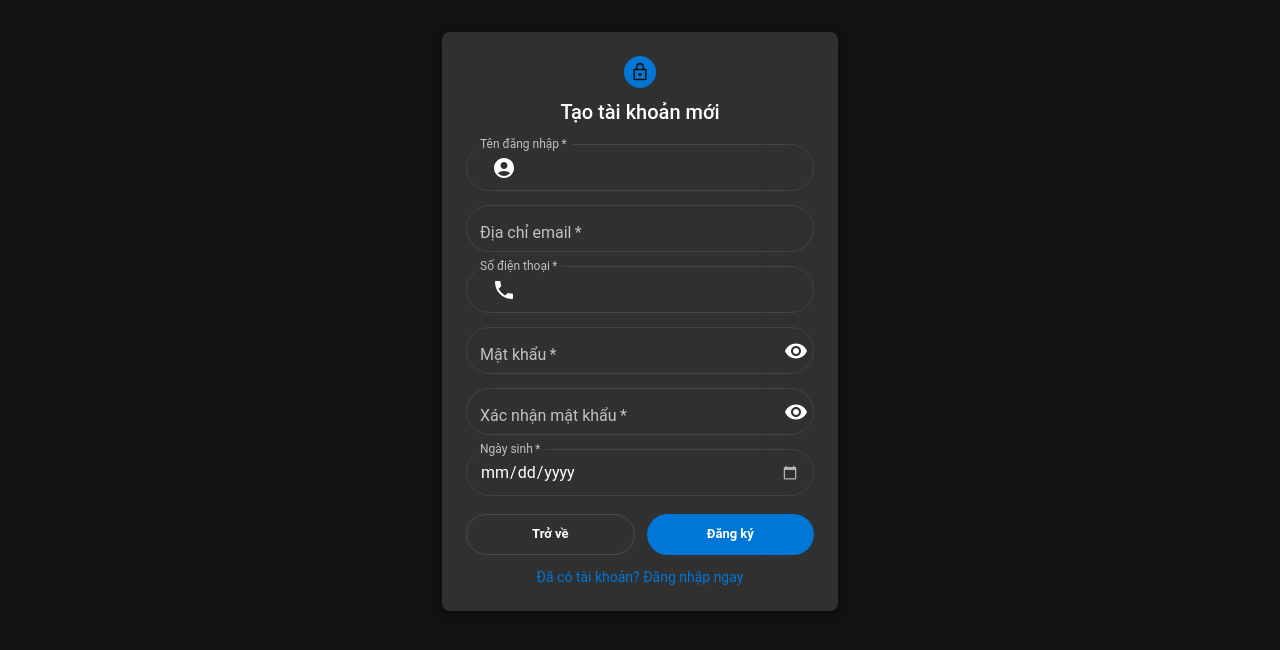
Repository: thtrunghau/ecommerce-ui-dacntt
Page: /auth/register
An editor plug-in stored every save of this project. The page is shown before and after the next save, followed by the edit.
The browser window is 1280 px wide. The pictures show the whole page.
The project was rebuilt for these pictures with package versions that can differ from the ones it lists, and the page was loaded fresh each time. Also part of the build but not shown: vite.config.ts, src/mockData/mockData.ts, src/utils/helpers.ts, src/components/shared/NavDropdown.tsx, src/components/shared/UserMenu.tsx, src/components/shared/Header.tsx, src/components/common/RoundedButton.tsx, src/components/features/home/HeroSection.tsx and 7 more.

Above is the page before, as saved 2025-06-13 00:24:59.

### src/index.css
@tailwind base;
@tailwind components;
@tailwind utilities;

/* Custom line clamp utilities */
.line-clamp-2 {
  display: -webkit-box;
  -webkit-line-clamp: 2;
  -webkit-box-orient: vertical;
  overflow: hidden;
}

/* Animation utilities */
@keyframes fade-in-up {
  from {
    opacity: 0;
    transform: translateY(20px);
  }
  to {
    opacity: 1;
    transform: translateY(0);
  }
}

.animate-fade-in-up {
  animation: fade-in-up 0.6s ease-out;
}

### src/App.tsx
import { BrowserRouter as Router, Routes, Route } from "react-router-dom";
import Header from "./components/shared/Header";
import Home from "./pages/Home";
import Footer from "./components/shared/Footer";
import { AuthProvider } from "./contexts/AuthContext";
import Register from "./pages/auth/Register";
import Login from "./pages/auth/Login";
import RegisterStandalone from "./pages/auth/RegisterStandalone";
import LoginStandalone from "./pages/auth/LoginStandalone";

export default function App() {
  return (
    <AuthProvider>
      <Router>
        {" "}
        <Routes>
          {" "}
          {/* Auth routes */}
          <Route path="/auth">
            <Route path="register" element={<RegisterStandalone />} />
            <Route path="login" element={<LoginStandalone />} />
          </Route>
          {/* Main layout routes with header/footer */}
          <Route
            path="/*"
            element={
              <div className="flex min-h-screen flex-col">
                <Header />
                <main className="flex-grow pt-24 lg:pt-28">
                  <Routes>
                    <Route path="/" element={<Home />} />
                    <Route path="/register" element={<Register />} />
                    <Route path="/login" element={<Login />} />
                    {/* Add other routes here as needed */}
                  </Routes>
                </main>
                <Footer />
              </div>
            }
          />
        </Routes>
      </Router>
    </AuthProvider>
  );
}

### src/contexts/AuthContext.tsx
import {
  createContext,
  useContext,
  useState,
  type ReactNode,
  useMemo,
} from "react";

interface User {
  id: string;
  username: string;
  email: string;
  phone?: string; // Thêm trường số điện thoại
  name?: string;
  avatar?: string;
}

interface AuthContextType {
  isAuthenticated: boolean;
  user: User | null;
  login: (user: User) => void;
  logout: () => void;
  register: (user: User) => void;
}

const AuthContext = createContext<AuthContextType | undefined>(undefined);

export const AuthProvider = ({ children }: { children: ReactNode }) => {
  const [user, setUser] = useState<User | null>(null);

  // Kiểm tra trạng thái xác thực từ localStorage khi khởi động
  const isAuthenticated = Boolean(user);

  const login = (userData: User) => {
    setUser(userData);
    localStorage.setItem("user", JSON.stringify(userData));
  };

  const logout = () => {
    setUser(null);
    localStorage.removeItem("user");
  };

  const register = (userData: User) => {
    // Trong thực tế, đây là nơi bạn sẽ gọi API đăng ký
    setUser(userData);
    localStorage.setItem("user", JSON.stringify(userData));
  };

  const value = useMemo(
    () => ({
      isAuthenticated,
      user,
      login,
      logout,
      register,
    }),
    [isAuthenticated, user],
  );

  return <AuthContext.Provider value={value}>{children}</AuthContext.Provider>;
};

export const useAuth = () => {
  const context = useContext(AuthContext);
  if (context === undefined) {
    throw new Error("useAuth must be used within an AuthProvider");
  }
  return context;
};

### src/pages/auth/RegisterStandalone.tsx
import React, { useState } from "react";
import { Link, useNavigate } from "react-router-dom";
import {
  Container,
  Box,
  Typography,
  TextField,
  Button,
  Paper,
  Avatar,
  IconButton,
  InputAdornment,
  ThemeProvider,
  createTheme,
  CssBaseline,
  Alert,
} from "@mui/material";
import {
  Visibility,
  VisibilityOff,
  AccountCircle,
  LockOutlined,
  Phone as PhoneIcon,
} from "@mui/icons-material";
import useAuthStore from "../../store/authStore";

const darkTheme = createTheme({
  palette: {
    mode: "dark",
    primary: { main: "#0076d7" },
    secondary: { main: "#30336b" },
    background: { default: "#121212", paper: "#1e1e1e" },
  },
  typography: {
    fontFamily: '"Samsung One", "Roboto", "Helvetica", "Arial", sans-serif',
  },
  components: {
    MuiTextField: {
      styleOverrides: {
        root: {
          marginBottom: 2,
          "& .MuiOutlinedInput-root": {
            "& fieldset": {
              borderColor: "#444",
              borderRadius: "9999px",
            },
            "&:hover fieldset": { borderColor: "#666" },
            "&.Mui-focused fieldset": { borderColor: "#0076d7" },
          },
          "& .MuiInputBase-input": {
            padding: "12px 14px",
          },
          "& .MuiInputAdornment-root": {
            marginLeft: "12px",
            marginRight: "-4px",
          },
        },
      },
    },
    MuiButton: {
      styleOverrides: {        root: {
          textTransform: "none",
          fontWeight: 600,
          boxShadow: "none",
          padding: "12px 24px",
          borderRadius: "9999px",
          "&:hover": { boxShadow: "none" },
        },
        contained: {
          backgroundColor: "#0076d7",
          "&:hover": { backgroundColor: "#0067be" },
        },
        outlined: {
          borderColor: "rgba(255, 255, 255, 0.12)",
          color: "#fff",
          "&:hover": {
            borderColor: "rgba(255, 255, 255, 0.24)",
            backgroundColor: "rgba(255, 255, 255, 0.04)",
          },
        },
      },
    },
  },
});

interface FormData {
  username: string;
  email: string;
  phone: string;
  dateOfBirth: string;
  password: string;
  confirmPassword: string;
}

const initialFormData: FormData = {
  username: "",
  email: "",
  phone: "",
  dateOfBirth: "",
  password: "",
  confirmPassword: "",
};

const RegisterStandalone: React.FC = () => {
  const navigate = useNavigate();
  const { register } = useAuthStore();
  const [formData, setFormData] = useState<FormData>(initialFormData);
  const [showPassword, setShowPassword] = useState<boolean>(false);
  const [showConfirmPassword, setShowConfirmPassword] =
    useState<boolean>(false);
  const [errors, setErrors] = useState<Partial<FormData>>({});
  const [formError, setFormError] = useState<string | null>(null);

  const handleChange = (e: React.ChangeEvent<HTMLInputElement>) => {
    const { name, value } = e.target;
    setFormData((prev) => ({ ...prev, [name]: value }));
    if (errors[name as keyof FormData]) {
      setErrors((prev) => ({ ...prev, [name]: undefined }));
    }
    if (formError) setFormError(null);
  };

  const validateForm = (): boolean => {
    const newErrors: Partial<FormData> = {};
    let isValid = true;
    if (!formData.username.trim()) {
      newErrors.username = "Tên đăng nhập là bắt buộc";
      isValid = false;
    } else if (formData.username.length < 3) {
      newErrors.username = "Tên đăng nhập phải có ít nhất 3 ký tự";
      isValid = false;
    }
    if (!formData.dateOfBirth) {
      newErrors.dateOfBirth = "Ngày sinh là bắt buộc";
      isValid = false;
    } else {
      const birthDate = new Date(formData.dateOfBirth);
      const today = new Date();
      if (birthDate >= today) {
        newErrors.dateOfBirth = "Ngày sinh không hợp lệ";
        isValid = false;
      }
    }
    if (!formData.email.trim()) {
      newErrors.email = "Email là bắt buộc";
      isValid = false;
    } else {
      const emailRegex = /^[^\s@]+@[^\s@]+\.[^\s@]+$/;
      if (!emailRegex.test(formData.email)) {
        newErrors.email = "Email không hợp lệ";
        isValid = false;
      }
    }
    if (!formData.phone.trim()) {
      newErrors.phone = "Số điện thoại là bắt buộc";
      isValid = false;
    } else {
      const phoneRegex = /^0\d{9}$/;
      if (!phoneRegex.test(formData.phone)) {
        newErrors.phone =
          "Số điện thoại không hợp lệ (phải có 10 số và bắt đầu bằng 0)";
        isValid = false;
      }
    }
    if (!formData.password) {
      newErrors.password = "Mật khẩu là bắt buộc";
      isValid = false;
    } else if (formData.password.length < 6) {
      newErrors.password = "Mật khẩu phải có ít nhất 6 ký tự";
      isValid = false;
    }
    if (formData.password !== formData.confirmPassword) {
      newErrors.confirmPassword = "Mật khẩu xác nhận không khớp";
      isValid = false;
    }
    setErrors(newErrors);
    return isValid;
  };

  const handleSubmit = (e: React.FormEvent<HTMLFormElement>) => {
    e.preventDefault();
    if (validateForm()) {
      try {
        const newUser = {
          id: crypto.randomUUID(),
          username: formData.username,
          email: formData.email,
          phone: formData.phone,
        };
        register(newUser);
        navigate("/");
      } catch (error) {
        setFormError("Đã xảy ra lỗi khi đăng ký. Vui lòng thử lại.");
        console.error("Registration error:", error);
      }
    }
  };

  return (
    <ThemeProvider theme={darkTheme}>
      <CssBaseline />
      <Container component="main" maxWidth="xs" sx={{ mb: 4, mt: 4 }}>
        <Paper
          elevation={3}
          sx={{
            p: 3,
            display: "flex",
            flexDirection: "column",
            alignItems: "center",
            bgcolor: "background.paper",
            borderRadius: 2,
          }}
        >
          <Avatar sx={{ mb: 1, bgcolor: "primary.main", width: 32, height: 32 }}>
            <LockOutlined sx={{ fontSize: 20 }} />
          </Avatar>
          <Typography component="h1" variant="h6" sx={{ mb: 2 }}>
            Tạo tài khoản mới
          </Typography>
          {formError && (
            <Alert severity="error" sx={{ width: "100%", mb: 2 }}>
              {formError}
            </Alert>
          )}
          <Box component="form" onSubmit={handleSubmit} sx={{ width: "100%" }}>
            <div className="flex flex-col gap-3">
              <TextField
                name="username"
                required
                fullWidth
                id="username"
                label="Tên đăng nhập"
                value={formData.username}
                onChange={handleChange}
                error={Boolean(errors.username)}
                helperText={errors.username}
                InputProps={{
                  startAdornment: (
                    <InputAdornment position="start">
                      <AccountCircle sx={{ color: "action.active" }} />
                    </InputAdornment>
                  ),
                }}
              />
              <TextField
                required
                fullWidth
                id="email"
                label="Địa chỉ email"
                name="email"
                autoComplete="email"
                value={formData.email}
                onChange={handleChange}
                error={Boolean(errors.email)}
                helperText={errors.email}
              />
              <TextField
                required
                fullWidth
                id="phone"
                label="Số điện thoại"
                name="phone"
                autoComplete="tel"
                value={formData.phone}
                onChange={handleChange}
                error={Boolean(errors.phone)}
                helperText={errors.phone}
                InputProps={{
                  startAdornment: (
                    <InputAdornment position="start">
                      <PhoneIcon sx={{ color: "action.active" }} />
                    </InputAdornment>
                  ),
                }}
              />
              <TextField
                required
                fullWidth
                name="password"
                label="Mật khẩu"
                type={showPassword ? "text" : "password"}
                id="password"
                autoComplete="new-password"
                value={formData.password}
                onChange={handleChange}
                error={Boolean(errors.password)}
                helperText={errors.password}
                InputProps={{
                  endAdornment: (
                    <InputAdornment position="end">
                      <IconButton
                        aria-label="toggle password visibility"
                        onClick={() => setShowPassword(!showPassword)}
                        edge="end"
                      >
                        {showPassword ? <VisibilityOff /> : <Visibility />}
                      </IconButton>
                    </InputAdornment>
                  ),
                }}
              />
              <TextField
                required
                fullWidth
                name="confirmPassword"
                label="Xác nhận mật khẩu"
                type={showConfirmPassword ? "text" : "password"}
                id="confirmPassword"
                value={formData.confirmPassword}
                onChange={handleChange}
                error={Boolean(errors.confirmPassword)}
                helperText={errors.confirmPassword}
                InputProps={{
                  endAdornment: (
                    <InputAdornment position="end">
                      <IconButton
                        aria-label="toggle confirm password visibility"
                        onClick={() =>
                          setShowConfirmPassword(!showConfirmPassword)
                        }
                        edge="end"
                      >
                        {showConfirmPassword ? (
                          <VisibilityOff />
                        ) : (
                          <Visibility />
                        )}
                      </IconButton>
                    </InputAdornment>
                  ),
                }}
              />
              <TextField
                required
                fullWidth
                id="dateOfBirth"
                label="Ngày sinh"
                name="dateOfBirth"
                type="date"
                value={formData.dateOfBirth}
                onChange={handleChange}
                error={Boolean(errors.dateOfBirth)}
                helperText={errors.dateOfBirth}
                InputLabelProps={{
                  shrink: true,
                }}
                sx={{
                  "& input[type=date]::-webkit-calendar-picker-indicator": {
                    filter: "invert(0.7)",
                  },
                }}
              />
            </div>
            <div className="flex gap-3 mt-4">
              <Button
                onClick={() => navigate(-1)}
                fullWidth
                variant="outlined"
                size="small"
                sx={{
                  borderRadius: "9999px",
                  py: 1,
                  borderColor: "rgba(255, 255, 255, 0.12)",
                  "&:hover": {
                    borderColor: "rgba(255, 255, 255, 0.24)",
                  },
                }}
              >
                Trở về
              </Button>
              <Button
                type="submit"
                fullWidth
                variant="contained"
                size="small"
                sx={{
                  borderRadius: "9999px",
                  py: 1,
                  bgcolor: "#0076d7",
                  "&:hover": {
                    bgcolor: "#0067be",
                  },
                }}
              >
                Đăng ký
              </Button>
            </div>
            <div className="flex justify-center mt-3">
              <Link
                to="/auth/login"
                className="text-sm text-primary hover:text-primary/90 transition-colors duration-200"
                style={{ color: darkTheme.palette.primary.main }}
              >
                Đã có tài khoản? Đăng nhập ngay
              </Link>
            </div>
          </Box>
        </Paper>
      </Container>
    </ThemeProvider>
  );
};

export default RegisterStandalone;

### src/store/authStore.ts
import { create } from "zustand";

interface User {
  id: string;
  username: string;
  email: string;
  phone?: string; // Thêm trường số điện thoại
  name?: string;
  avatar?: string;
}

interface AuthState {
  isAuthenticated: boolean;
  user: User | null;
  login: (user: User) => void;
  logout: () => void;
  register: (user: User) => void;
}

// Tạo Auth Store với Zustand
const useAuthStore = create<AuthState>((set) => {
  // Kiểm tra user từ localStorage
  const savedUser = localStorage.getItem("user");
  const parsedUser = savedUser ? JSON.parse(savedUser) : null;

  return {
    isAuthenticated: Boolean(parsedUser),
    user: parsedUser,

    login: (user) => {
      localStorage.setItem("user", JSON.stringify(user));
      set({ isAuthenticated: true, user });
    },

    logout: () => {
      localStorage.removeItem("user");
      set({ isAuthenticated: false, user: null });
    },

    register: (user) => {
      localStorage.setItem("user", JSON.stringify(user));
      set({ isAuthenticated: true, user });
    },
  };
});

export default useAuthStore;

### tailwind.config.js
/** @type {import('tailwindcss').Config} */
export default {
  content: ["./index.html", "./src/**/*.{js,ts,jsx,tsx}"],
  theme: {
    extend: {},
  },
  plugins: [],
  corePlugins: {
    lineClamp: true,
  },
};

Loaded but not shown: index.html (common file); src/main.tsx (common file)

After the next save:
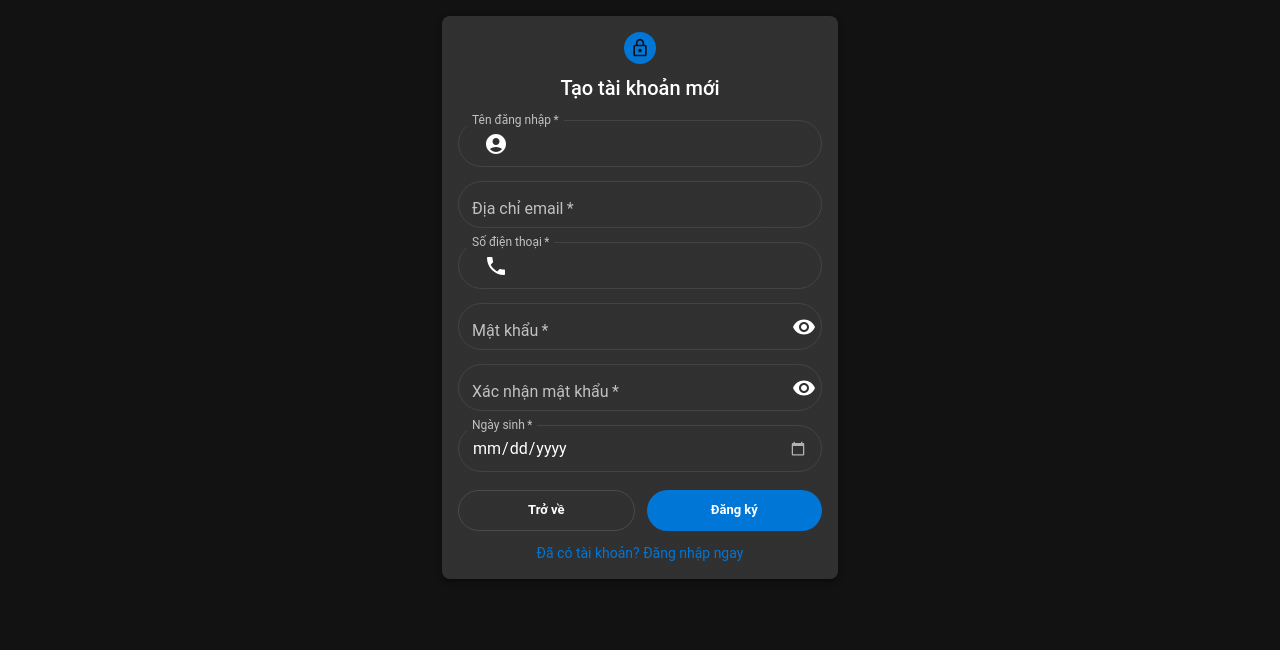
Saved 25 s later.
--- a/src/pages/auth/RegisterStandalone.tsx
+++ b/src/pages/auth/RegisterStandalone.tsx
@@ -198,12 +198,11 @@ const RegisterStandalone: React.FC = () => {
 
   return (
     <ThemeProvider theme={darkTheme}>
-      <CssBaseline />
-      <Container component="main" maxWidth="xs" sx={{ mb: 4, mt: 4 }}>
+      <CssBaseline />      <Container component="main" maxWidth="xs" sx={{ mb: 2, mt: 2 }}>
         <Paper
           elevation={3}
           sx={{
-            p: 3,
+            p: 2,
             display: "flex",
             flexDirection: "column",
             alignItems: "center",
